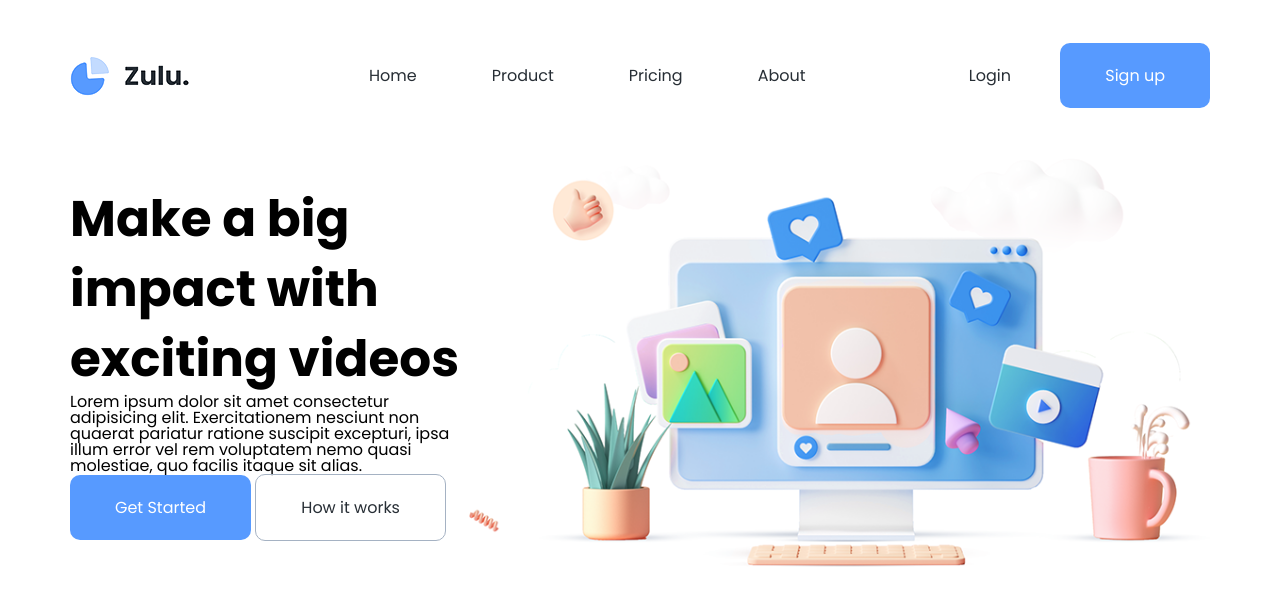
Repository: baodien1405/zulu-landing-page
Page: index.html
These files come from the project's save history. The page is drawn as it stood at one moment and after the next save; the edit follows.
The browser window is 1280 px wide. The pictures show the whole page.
The style sheet was rebuilt from its Sass, Less or Tailwind sources for each picture, by a compiler version that may differ from the author's.

Above is the page before, as saved 2021-06-22 15:48:58.

After the next save:
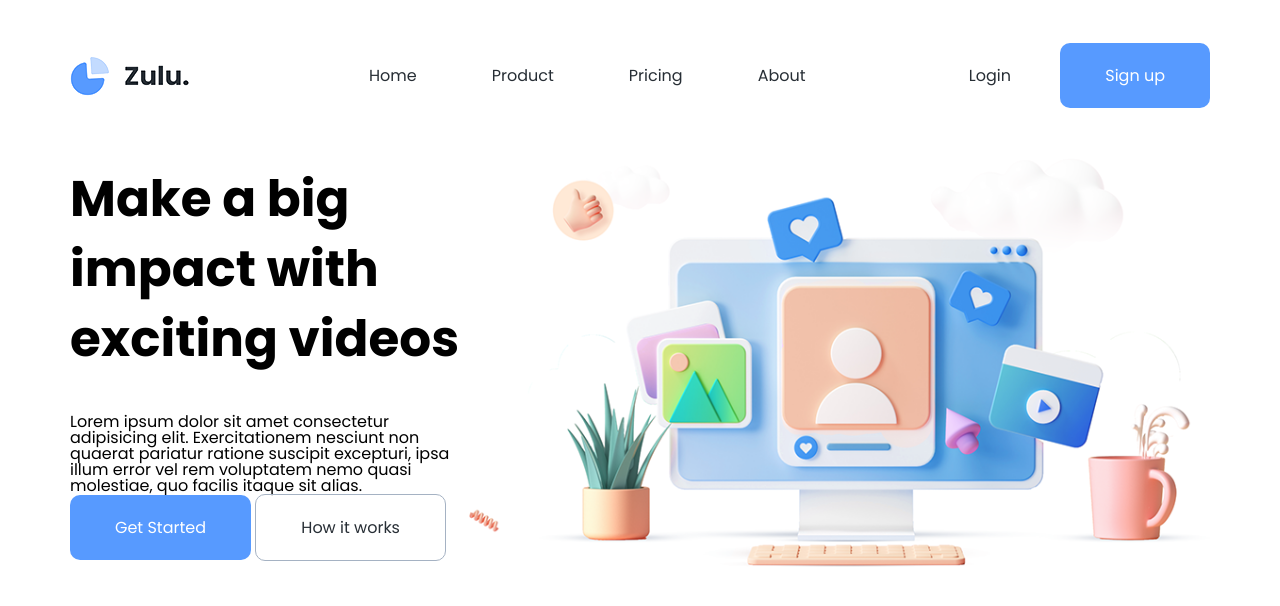
Saved 42 s later.
--- a/_banner.scss
+++ b/_banner.scss
@@ -14,5 +14,6 @@
   &-heading {
     font-size: 50px;
     line-height: 1.4;
+    margin-bottom: 40px;
   }
 }
